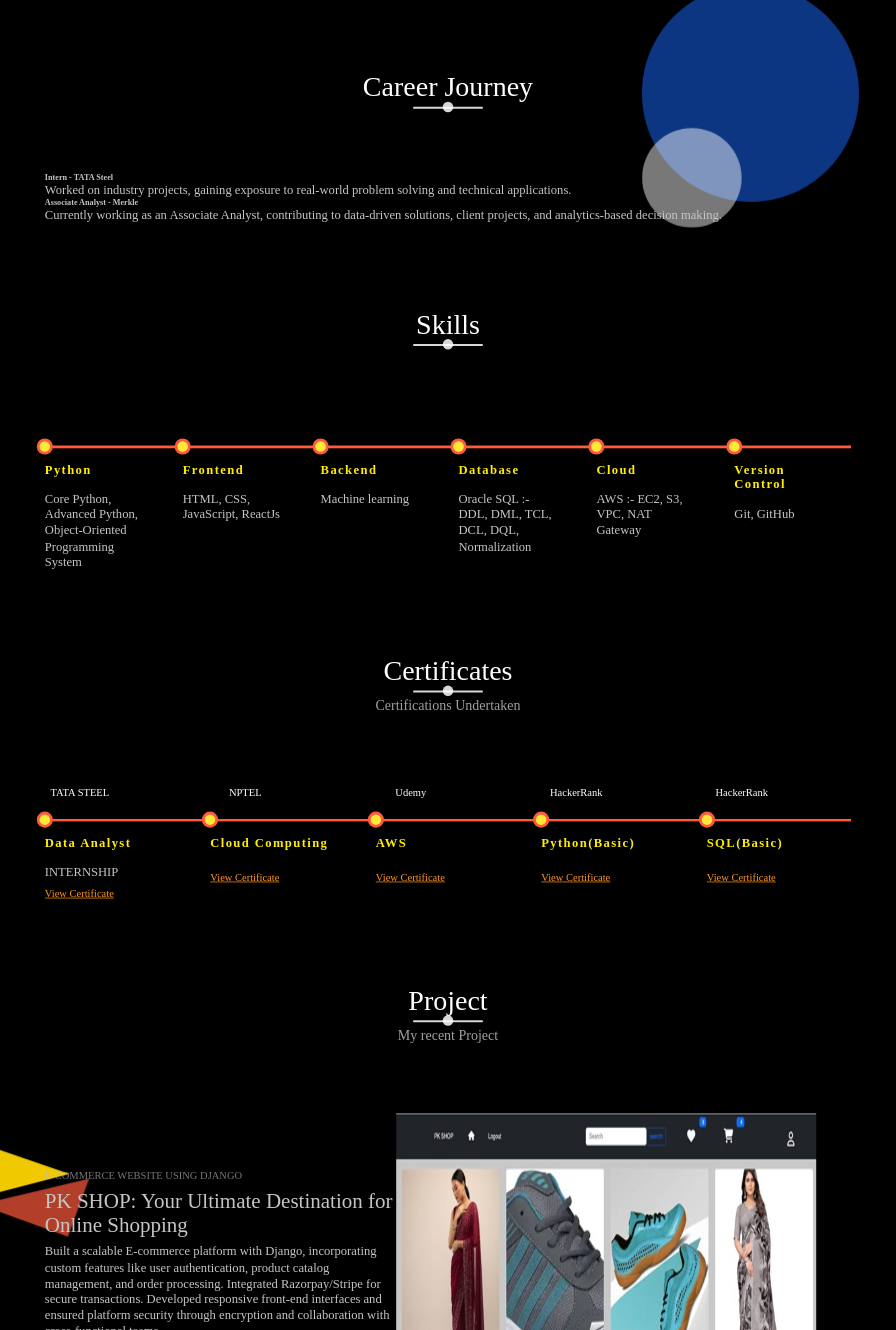
Repository: purushottam7660/Portfolio
Page: index.html
These files come from the project's save history. The page is drawn as it stood at one moment and after the next save; the edit follows.
The browser window is 1280 px wide. The pictures show the part of the page from y = 1169 to 3069 px (the page is 6793 px tall before and 6834 px after), at 70% of full size.
A picture or video elsewhere on the page could not be fetched, so the positions and the page height are approximate. Some web fonts or font styles are not loaded; a fallback is used.

Above is the page before, as saved 2025-08-16 13:07:21.

After the next save:
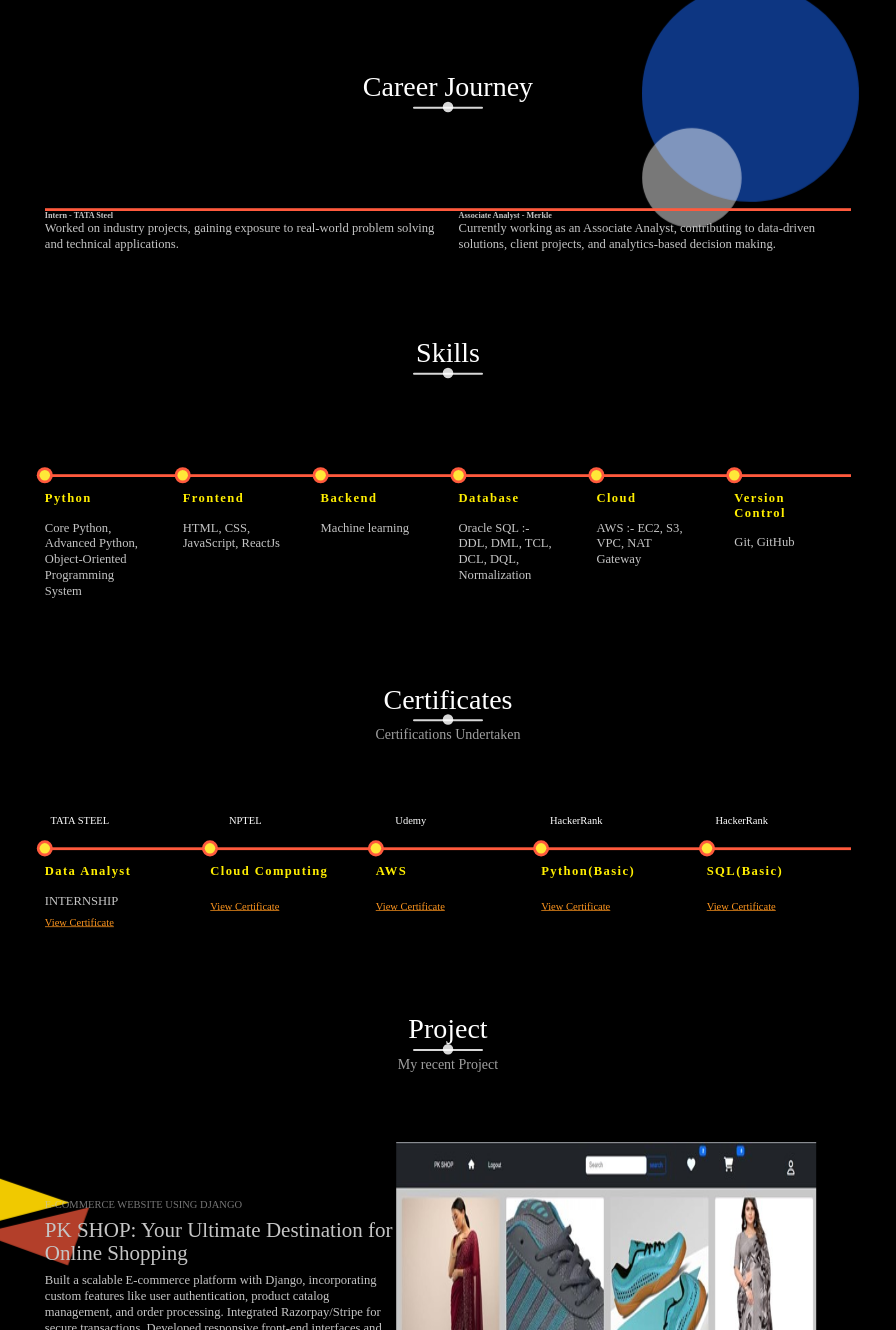
Saved 72 s later.
--- a/index.html
+++ b/index.html
@@ -156,7 +156,7 @@
                 <h1>Career Journey</h1>
             </div>
 
-            <div class="my-career">
+            <div class="my-skills">
                 <div class="career-item" data-aos="fade-right" data-aos-delay="300ms">
                     <h3>Intern - TATA Steel</h3>
                     <p>Worked on industry projects, gaining exposure to real-world problem solving and technical

After the save that followed:
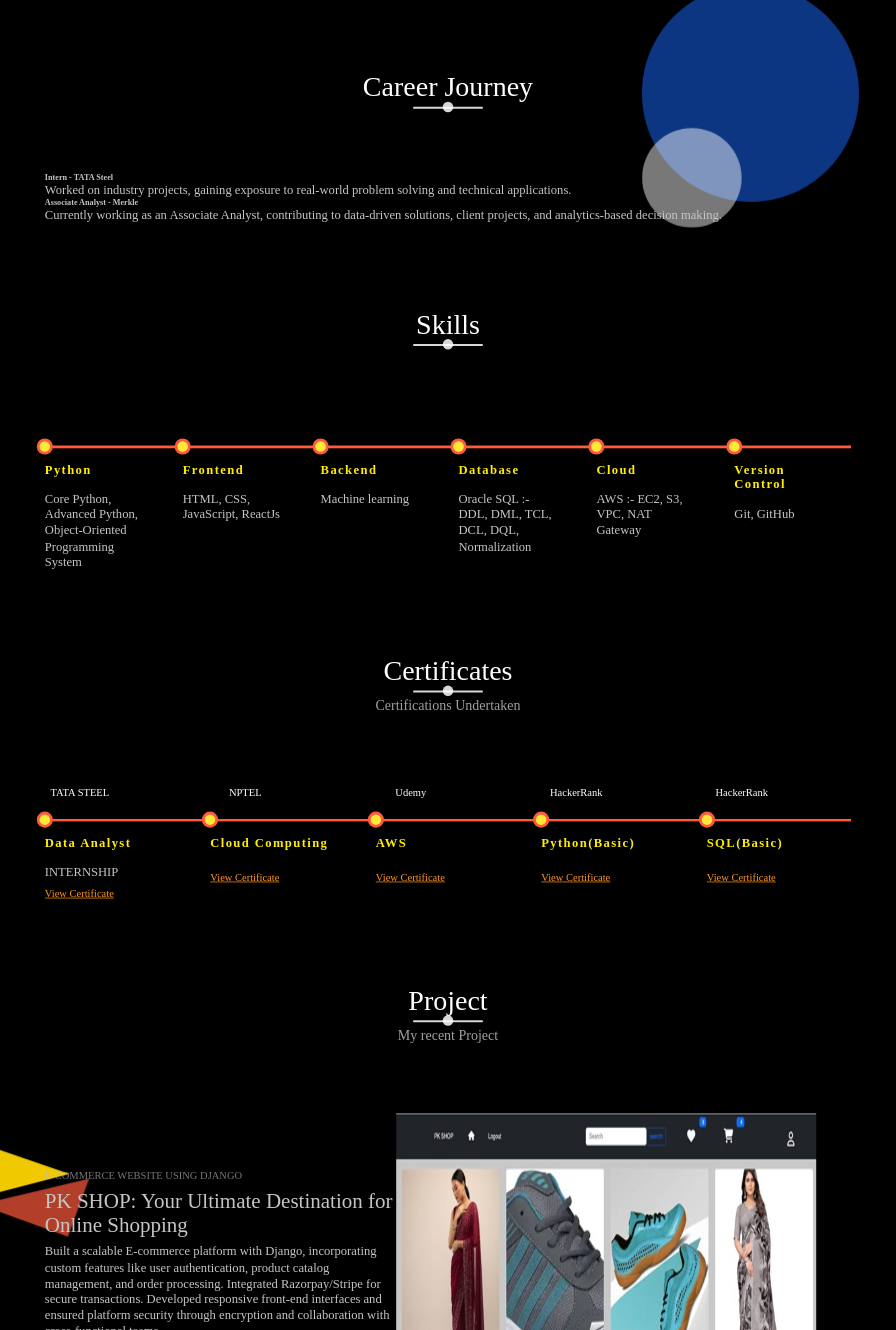
Saved 17 s later.
--- a/index.html
+++ b/index.html
@@ -156,7 +156,7 @@
                 <h1>Career Journey</h1>
             </div>
 
-            <div class="my-skills">
+            <div class="my-career">
                 <div class="career-item" data-aos="fade-right" data-aos-delay="300ms">
                     <h3>Intern - TATA Steel</h3>
                     <p>Worked on industry projects, gaining exposure to real-world problem solving and technical
